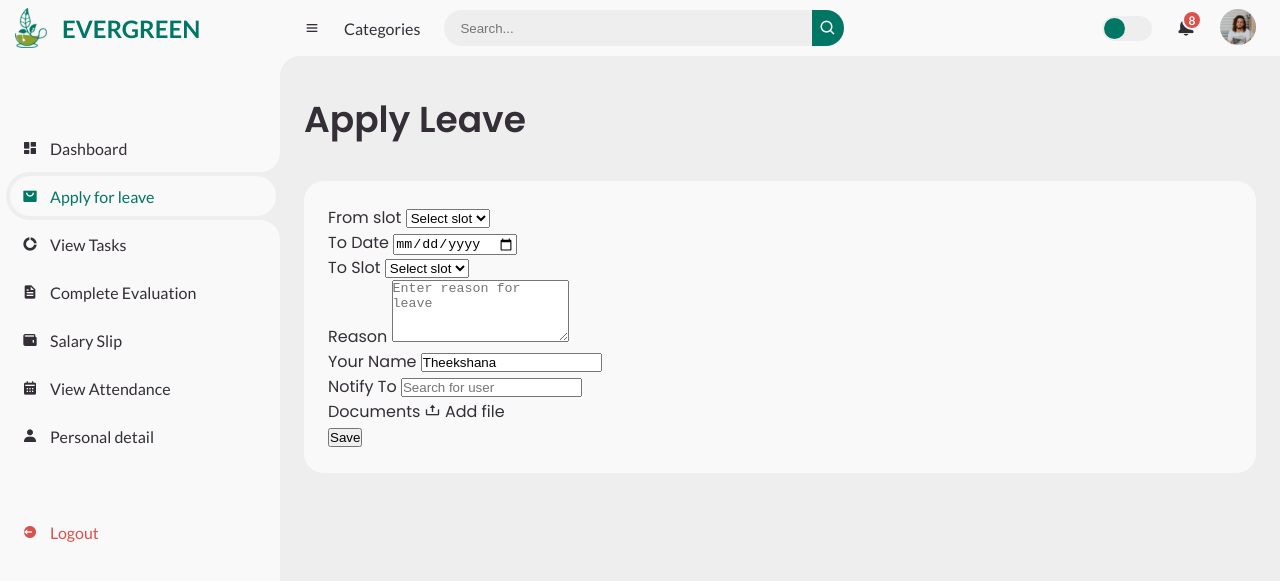
Repository: EverGreen-Group/Employee-Management
Page: http://localhost/project-root/index.php?page=apply-leave
These files come from the project's save history. The page is drawn as it stood at one moment and after the next save; the edit follows.
The browser window is 1280 px wide. The pictures show the whole page.
The page is run by PHP 8.4 with error messages shown; the project is at /var/www/html/.

Above is the page before, as saved 2024-09-15 10:39:23.

### index.php
<?php
// index.php

// Define the base path for includes
define('BASE_PATH', __DIR__ . DIRECTORY_SEPARATOR);

// Include the controller files
require_once BASE_PATH . 'models/Database.php';
require_once BASE_PATH . 'controllers/HomeController.php';
require_once BASE_PATH . 'controllers/LeaveController.php';
require_once BASE_PATH . 'controllers/TaskController.php';
require_once BASE_PATH . 'controllers/EvaluationController.php';
require_once BASE_PATH . 'controllers/SalaryController.php';
require_once BASE_PATH . 'controllers/AttendanceController.php';
require_once BASE_PATH . 'controllers/ProfileController.php';

// Load routes
$routes = require BASE_PATH . 'config/routes.php';

// Simple router
$request = $_SERVER['REQUEST_URI'];
$method = $_SERVER['REQUEST_METHOD'];

// Route the request
$route = $routes[$request] ?? null;

if ($route) {
    $controllerName = $route[0];
    $methodName = $route[1];
    $allowedMethod = $route[2] ?? 'GET';

    if ($method !== $allowedMethod) {
        header("HTTP/1.0 405 Method Not Allowed");
        echo "Method Not Allowed";
        exit;
    }

    $controller = new $controllerName();
    $controller->$methodName();
} else {
    // Fallback to the old routing system
    $page = $_GET['page'] ?? 'dashboard';

    // Route the request to the appropriate controller
    switch ($page) {
        case 'dashboard':
            $controller = new HomeController();
            $controller->index();
            break;
        case 'apply-leave':
            $controller = new LeaveController();
            $controller->apply();
            break;
        case 'view-tasks':
            $controller = new TaskController();
            $controller->view();
            break;
        case 'evaluation':
            $controller = new EvaluationController();
            $controller->complete();
            break;
        case 'salary-slip':
            $controller = new SalaryController();
            $controller->salary();
            break;
        case 'view-attendance':
            $controller = new AttendanceController();
            $controller->viewAttendance();
            break;
        case 'personal-detail':
            $controller = new ProfileController();
            $controller->viewDetails();
            break;
        case 'logout':
            // Handle logout logic here
            session_destroy();
            header('Location: login.php');
            exit;
        default:
            // Handle 404 Not Found
            header("HTTP/1.0 404 Not Found");
            echo "Page not found";
            break;
    }
}

### models/Database.php
<?php
// models/Database.php

class Database {
    private $host = 'localhost';
    private $db_name = 'emp';
    private $username = 'root';
    private $password = '';
    private $conn;

    public function getConnection() {
        $this->conn = null;

        try {
            $this->conn = new PDO("mysql:host=" . $this->host . ";dbname=" . $this->db_name, $this->username, $this->password);
            $this->conn->setAttribute(PDO::ATTR_ERRMODE, PDO::ERRMODE_EXCEPTION);
        } catch(PDOException $e) {
            echo "Connection error: " . $e->getMessage();
        }

        return $this->conn;
    }
}

### controllers/HomeController.php
<?php
// controllers/HomeController.php

class HomeController {
    public function index() {
        // In a real application, you might fetch data from a model here
        $data = [
            'title' => 'Dashboard',
            'page' => 'dashboard'
        ];

        // Load the view
        $this->loadView('dashboard', $data);
    }

    private function loadView($view, $data) {
        // Extract the data array to individual variables
        extract($data);

        // Start output buffering
        ob_start();

        // Include the view file
        include BASE_PATH . "views/pages/{$view}.php";

        // Get the contents of the output buffer
        $content = ob_get_clean();

        // Include the layout file
        include BASE_PATH . 'views/layouts/main.php';
    }
}

### controllers/LeaveController.php
<?php
// controllers/LeaveController.php

class LeaveController {
    public function apply() {
        // In a real application, you might process form data here
        $data = [
            'title' => 'Apply Leave',
            'page' => 'apply-leave'
        ];

        // Load the view
        $this->loadView('apply-leave', $data);
    }

    private function loadView($view, $data) {
        // Extract the data array to individual variables
        extract($data);

        // Start output buffering
        ob_start();

        // Include the view file
        $viewPath = BASE_PATH . "views" . DIRECTORY_SEPARATOR . "pages" . DIRECTORY_SEPARATOR . "{$view}.php";
        if (file_exists($viewPath)) {
            include $viewPath;
        } else {
            // Handle the case where the view file doesn't exist
            echo "Error: View file not found.";
        }

        // Get the contents of the output buffer
        $content = ob_get_clean();

        // Include the layout file
        include BASE_PATH . 'views' . DIRECTORY_SEPARATOR . 'layouts' . DIRECTORY_SEPARATOR . 'main.php';
    }
}

### models/Task.php
<?php
// models/Task.php
require_once BASE_PATH . 'models/Database.php';

class Task {
    private $db;

    public function __construct() {
        $database = new Database();
        $this->db = $database->getConnection();
    }

    public function getTasks($userId) {
        $sql = "SELECT * FROM tasks WHERE user_id = :user_id ORDER BY due_date ASC";
        $stmt = $this->db->prepare($sql);
        $stmt->execute([':user_id' => $userId]);
        return $stmt->fetchAll(PDO::FETCH_ASSOC);
    }

    public function updateStatus($taskId, $newStatus) {
        $sql = "UPDATE tasks SET status = :status WHERE id = :id";
        $stmt = $this->db->prepare($sql);
        return $stmt->execute([':status' => $newStatus, ':id' => $taskId]);
    }
}

### controllers/EvaluationController.php
<?php
// controllers/complete-evaluation.php

class EvaluationController {
    public function apply() {
        // In a real application, you might process form data here
        $data = [
            'title' => 'Complete-Evaluation',
            'page' => 'complete-evaluation'
        ];

        // Load the view
        $this->loadView('complete-evaluation', $data);
    }

    private function loadView($view, $data) {
        // Extract the data array to individual variables
        extract($data);

        // Start output buffering
        ob_start();

        // Include the view file
        $viewPath = BASE_PATH . "views" . DIRECTORY_SEPARATOR . "pages" . DIRECTORY_SEPARATOR . "{$view}.php";
        if (file_exists($viewPath)) {
            include $viewPath;
        } else {
            // Handle the case where the view file doesn't exist
            echo "Error: View file not found.";
        }

        // Get the contents of the output buffer
        $content = ob_get_clean();

        // Include the layout file
        include BASE_PATH . 'views' . DIRECTORY_SEPARATOR . 'layouts' . DIRECTORY_SEPARATOR . 'main.php';
    }
}

### controllers/AttendanceController.php
<?php
// controllers/AttendanceController.php

require_once BASE_PATH . 'models/Attendance.php';

class AttendanceController {
    private $attendanceModel;

    public function __construct() {
        $this->attendanceModel = new Attendance();
    }

    public function viewAttendance() {
        $userId = 1; // This would typically come from a session
        $startDate = $_GET['start_date'] ?? date('Y-m-01');
        $endDate = $_GET['end_date'] ?? date('Y-m-t');

        $attendance = $this->attendanceModel->getAttendance($userId, $startDate, $endDate);

        $data = [
            'title' => 'View Attendance',
            'page' => 'view-attendance',
            'attendance' => $attendance,
            'startDate' => $startDate,
            'endDate' => $endDate
        ];

        $this->loadView('view-attendance', $data);
    }

    public function checkIn($userId, $timeIn) {
        $date = date('Y-m-d');
        $this->attendanceModel->recordAttendance($userId, $date, $timeIn);
    }

    public function checkOut($userId, $timeOut) {
        $date = date('Y-m-d');
        $this->attendanceModel->updateTimeOut($userId, $date, $timeOut);
    }

    private function loadView($view, $data) {
        extract($data);
        ob_start();
        include BASE_PATH . "views/pages/{$view}.php";
        $content = ob_get_clean();
        include BASE_PATH . 'views/layouts/main.php';
    }
}

### models/Model.php
<?php
// models/Model.php

require_once 'Database.php';

class Model {
    protected $conn;

    public function __construct() {
        $database = new Database();
        $this->conn = $database->getConnection();
    }
}

### models/Profile.php
<?php
// models/Profile.php

require_once 'Model.php';

class Profile extends Model {
    private $table = 'User';

    public function getProfile($userId) {
        $query = "SELECT * FROM " . $this->table . " WHERE user_id = :user_id";
        $stmt = $this->conn->prepare($query);
        $stmt->bindParam(":user_id", $userId);
        $stmt->execute();

        return $stmt->fetch(PDO::FETCH_ASSOC);
    }

    public function updateProfile($userId, $data) {
        $query = "UPDATE " . $this->table . " SET
                  full_name = :full_name,
                  email = :email,
                  phone = :phone,
                  address = :address,
                  department = :department,
                  position = :position
                  WHERE user_id = :user_id";

        $stmt = $this->conn->prepare($query);
        $stmt->bindParam(":user_id", $userId);
        $stmt->bindParam(":full_name", $data['full_name']);
        $stmt->bindParam(":email", $data['email']);
        $stmt->bindParam(":phone", $data['phone']);
        $stmt->bindParam(":address", $data['address']);
        $stmt->bindParam(":department", $data['department']);
        $stmt->bindParam(":position", $data['position']);

        return $stmt->execute();
    }
}

### config/routes.php
<?php

return [
    '/' => ['HomeController', 'index'],
    '/view-tasks' => ['TaskController', 'view'],
    '/update-task-status' => ['TaskController', 'updateTaskStatus', 'POST'],
    // Add other routes as needed
];

### views/layouts/main.php
<!DOCTYPE html>
<html lang="en">
<head>
    <meta charset="UTF-8">
    <meta name="viewport" content="width=device-width, initial-scale=1.0">
    <link href='https://unpkg.com/boxicons@2.0.9/css/boxicons.min.css' rel='stylesheet'>
    <link rel="stylesheet" href="../project-root/public/css/style.css">
    <title><?= $title ?? 'EVERGREEN' ?></title>
</head>
<body>
    <?php include BASE_PATH . 'views/components/sidebar.php'; ?>

    <section id="content">
        <?php include BASE_PATH . 'views/components/navbar.php'; ?>

        <main>
            <?= $content ?>
        </main>
    </section>

    <script src="../project-root/public/js/script.js"></script>
</body>
</html>

### views/components/navbar.php
<!-- views/components/navbar.php -->
<nav>
    <i class='bx bx-menu'></i>
    <a href="#" class="nav-link">Categories</a>
    <form action="#">
        <div class="form-input">
            <input type="search" placeholder="Search...">
            <button type="submit" class="search-btn"><i class='bx bx-search'></i></button>
        </div>
    </form>
    <input type="checkbox" id="switch-mode" hidden>
    <label for="switch-mode" class="switch-mode"></label>
    <a href="#" class="notification">
        <i class='bx bxs-bell'></i>
        <span class="num">8</span>
    </a>
    <a href="#" class="profile">
        <img src="/public/img/people.png">
    </a>
</nav>

### public/css/style.css
@import url('https://fonts.googleapis.com/css2?family=Lato:wght@400;700&family=Poppins:wght@400;500;600;700&display=swap');

* {
	margin: 0;
	padding: 0;
	box-sizing: border-box;
}

a {
	text-decoration: none;
}

li {
	list-style: none;
}

:root {
	--poppins: 'Poppins', sans-serif;
	--lato: 'Lato', sans-serif;

	--light: #F9F9F9;
	--main: #007664;
	--light-main: #cbeae5;
	--grey: #eee;
	--dark-grey: #AAAAAA;
	--dark: #342E37;
	--red: #DB504A;
	--yellow: #FFCE26;
	--light-yellow: #F0DEB4;
	--green: #8D9F2D;
	--light-green: #edf5c2;
}

html {
	overflow-x: hidden;
}

body.dark {
	--light: #0C0C1E;
	--grey: #060714;
	--dark: #FBFBFB;
}

body {
	background: var(--grey);
	overflow-x: hidden;
}







/* SIDEBAR */
#sidebar {
	position: fixed;
	top: 0;
	left: 0;
	width: 280px;
	height: 100%;
	background: var(--light);
	z-index: 2000;
	font-family: var(--lato);
	transition: .3s ease;
	overflow-x: hidden;
	scrollbar-width: none;
}
#sidebar::--webkit-scrollbar {
	display: none;
}
#sidebar.hide {
	width: 60px;
}
#sidebar .brand {
	font-size: 24px;
	font-weight: 700;
	height: 56px;
	display: flex;
	align-items: center;
	color: var(--main);
	position: sticky;
	top: 0;
	left: 0;
	background: var(--light);
	z-index: 500;
	padding-bottom: 20px;
	box-sizing: content-box;
}
#sidebar .brand .bx {
	min-width: 60px;
	display: flex;
	justify-content: center;
}

#sidebar .brand img {
    margin-right: 15px; /* Adjust the value as needed */
    height: 40px; /* Optional: Adjust image height */
    width: auto;
	margin-left: 15px;
}

#sidebar .side-menu {
	width: 100%;
	margin-top: 48px;
}
#sidebar .side-menu li {
	height: 48px;
	background: transparent;
	margin-left: 6px;
	border-radius: 48px 0 0 48px;
	padding: 4px;
}
#sidebar .side-menu li.active {
	background: var(--grey);
	position: relative;
}
#sidebar .side-menu li.active::before {
	content: '';
	position: absolute;
	width: 40px;
	height: 40px;
	border-radius: 50%;
	top: -40px;
	right: 0;
	box-shadow: 20px 20px 0 var(--grey);
	z-index: -1;
}
#sidebar .side-menu li.active::after {
	content: '';
	position: absolute;
	width: 40px;
	height: 40px;
	border-radius: 50%;
	bottom: -40px;
	right: 0;
	box-shadow: 20px -20px 0 var(--grey);
	z-index: -1;
}
#sidebar .side-menu li a {
	width: 100%;
	height: 100%;
	background: var(--light);
	display: flex;
	align-items: center;
	border-radius: 48px;
	font-size: 16px;
	color: var(--dark);
	white-space: nowrap;
	overflow-x: hidden;
}
#sidebar .side-menu.top li.active a {
	color: var(--main);
}
#sidebar.hide .side-menu li a {
	width: calc(48px - (4px * 2));
	transition: width .3s ease;
}
#sidebar .side-menu li a.logout {
	color: var(--red);
}
#sidebar .side-menu.top li a:hover {
	color: var(--main);
}
#sidebar .side-menu li a .bx {
	min-width: calc(60px  - ((4px + 6px) * 2));
	display: flex;
	justify-content: center;
}
/* SIDEBAR */





/* CONTENT */
#content {
	position: relative;
	width: calc(100% - 280px);
	left: 280px;
	transition: .3s ease;
}
#sidebar.hide ~ #content {
	width: calc(100% - 60px);
	left: 60px;
}




/* NAVBAR */
#content nav {
	height: 56px;
	background: var(--light);
	padding: 0 24px;
	display: flex;
	align-items: center;
	grid-gap: 24px;
	font-family: var(--lato);
	position: sticky;
	top: 0;
	left: 0;
	z-index: 1000;
}
#content nav::before {
	content: '';
	position: absolute;
	width: 40px;
	height: 40px;
	bottom: -40px;
	left: 0;
	border-radius: 50%;
	box-shadow: -20px -20px 0 var(--light);
}
#content nav a {
	color: var(--dark);
}
#content nav .bx.bx-menu {
	cursor: pointer;
	color: var(--dark);
}
#content nav .nav-link {
	font-size: 16px;
	transition: .3s ease;
}
#content nav .nav-link:hover {
	color: var(--main);
}
#content nav form {
	max-width: 400px;
	width: 100%;
	margin-right: auto;
}
#content nav form .form-input {
	display: flex;
	align-items: center;
	height: 36px;
}
#content nav form .form-input input {
	flex-grow: 1;
	padding: 0 16px;
	height: 100%;
	border: none;
	background: var(--grey);
	border-radius: 36px 0 0 36px;
	outline: none;
	width: 100%;
	color: var(--dark);
}
#content nav form .form-input button {
	width: 36px;
	height: 100%;
	display: flex;
	justify-content: center;
	align-items: center;
	background: var(--main);
	color: var(--light);
	font-size: 18px;
	border: none;
	outline: none;
	border-radius: 0 36px 36px 0;
	cursor: pointer;
}
#content nav .notification {
	font-size: 20px;
	position: relative;
}
#content nav .notification .num {
	position: absolute;
	top: -6px;
	right: -6px;
	width: 20px;
	height: 20px;
	border-radius: 50%;
	border: 2px solid var(--light);
	background: var(--red);
	color: var(--light);
	font-weight: 700;
	font-size: 12px;
	display: flex;
	justify-content: center;
	align-items: center;
}
#content nav .profile img {
	width: 36px;
	height: 36px;
	object-fit: cover;
	border-radius: 50%;
}
#content nav .switch-mode {
	display: block;
	min-width: 50px;
	height: 25px;
	border-radius: 25px;
	background: var(--grey);
	cursor: pointer;
	position: relative;
}
#content nav .switch-mode::before {
	content: '';
	position: absolute;
	top: 2px;
	left: 2px;
	bottom: 2px;
	width: calc(25px - 4px);
	background: var(--main);
	border-radius: 50%;
	transition: all .3s ease;
}
#content nav #switch-mode:checked + .switch-mode::before {
	left: calc(100% - (25px - 4px) - 2px);
}
/* NAVBAR */





/* MAIN */
#content main {
	width: 100%;
	padding: 36px 24px;
	font-family: var(--poppins);
	max-height: calc(100vh - 56px);
	overflow-y: auto;
}
#content main .head-title {
	display: flex;
	align-items: center;
	justify-content: space-between;
	grid-gap: 16px;
	flex-wrap: wrap;
}
#content main .head-title .left h1 {
	font-size: 36px;
	font-weight: 600;
	margin-bottom: 10px;
	color: var(--dark);
}
#content main .head-title .left .breadcrumb {
	display: flex;
	align-items: center;
	grid-gap: 16px;
}
#content main .head-title .left .breadcrumb li {
	color: var(--dark);
}
#content main .head-title .left .breadcrumb li a {
	color: var(--dark-grey);
	pointer-events: none;
}
#content main .head-title .left .breadcrumb li a.active {
	color: var(--main);
	pointer-events: unset;
}
#content main .head-title .btn-download {
	height: 36px;
	padding: 0 16px;
	border-radius: 36px;
	background: var(--main);
	color: var(--light);
	display: flex;
	justify-content: center;
	align-items: center;
	grid-gap: 10px;
	font-weight: 500;
}




#content main .box-info {
	display: grid;
	grid-template-columns: repeat(auto-fit, minmax(240px, 1fr));
	grid-gap: 24px;
	margin-top: 36px;
}
#content main .box-info li {
	padding: 24px;
	background: var(--light);
	border-radius: 20px;
	display: flex;
	align-items: center;
	grid-gap: 24px;
}
#content main .box-info li .bx {
	width: 80px;
	height: 80px;
	border-radius: 10px;
	font-size: 36px;
	display: flex;
	justify-content: center;
	align-items: center;
}
#content main .box-info li:nth-child(1) .bx {
	background: var(--light-main);
	color: var(--main);
}
#content main .box-info li:nth-child(2) .bx {
	background: var(--light-yellow);
	color: var(--yellow);
}
#content main .box-info li:nth-child(3) .bx {
	background: var(--light-green);
	color: var(--green);
}
#content main .box-info li .text h3 {
	font-size: 24px;
	font-weight: 600;
	color: var(--dark);
}
#content main .box-info li .text p {
	color: var(--dark);
}





#content main .table-data {
	display: flex;
	flex-wrap: wrap;
	grid-gap: 24px;
	margin-top: 24px;
	width: 100%;
	color: var(--dark);
}
#content main .table-data > div {
	border-radius: 20px;
	background: var(--light);
	padding: 24px;
	overflow-x: auto;
}
#content main .table-data .head {
	display: flex;
	align-items: center;
	grid-gap: 16px;
	margin-bottom: 24px;
}
#content main .table-data .head h3 {
	margin-right: auto;
	font-size: 24px;
	font-weight: 600;
}
#content main .table-data .head .bx {
	cursor: pointer;
}

#content main .table-data .order {
	flex-grow: 1;
	flex-basis: 500px;
}
#content main .table-data .order table {
	width: 100%;
	border-collapse: collapse;
}
#content main .table-data .order table th {
	padding-bottom: 12px;
	font-size: 13px;
	text-align: left;
	border-bottom: 1px solid var(--grey);
}
#content main .table-data .order table td {
	padding: 16px 0;
}
#content main .table-data .order table tr td:first-child {
	display: flex;
	align-items: center;
	grid-gap: 12px;
	padding-left: 6px;
}
#content main .table-data .order table td img {
	width: 36px;
	height: 36px;
	border-radius: 50%;
	object-fit: cover;
}
#content main .table-data .order table tbody tr:hover {
	background: var(--grey);
}
#content main .table-data .order table tr td .status {
	font-size: 10px;
	padding: 6px 16px;
	color: var(--light);
	border-radius: 20px;
	font-weight: 700;
}
#content main .table-data .order table tr td .status.completed {
	background: var(--main);
}
#content main .table-data .order table tr td .status.process {
	background: var(--yellow);
}
#content main .table-data .order table tr td .status.pending {
	background: var(--green);
}


#content main .table-data .todo {
	flex-grow: 1;
	flex-basis: 300px;
}
#content main .table-data .todo .todo-list {
	width: 100%;
}
#content main .table-data .todo .todo-list li {
	width: 100%;
	margin-bottom: 16px;
	background: var(--grey);
	border-radius: 10px;
	padding: 14px 20px;
	display: flex;
	justify-content: space-between;
	align-items: center;
}
#content main .table-data .todo .todo-list li .bx {
	cursor: pointer;
}
#content main .table-data .todo .todo-list li.completed {
	border-left: 10px solid var(--main);
}
#content main .table-data .todo .todo-list li.not-completed {
	border-left: 10px solid var(--green);
}
#content main .table-data .todo .todo-list li:last-child {
	margin-bottom: 0;
}

#content small {
    font-size: 0.8em;
    color: var(--dark-grey);
}

#content small:contains("50 Present") {
    font-weight: bold;
    color: var(--main);
}
/* MAIN */
/* CONTENT */

/*Dashboard*/




@media screen and (max-width: 768px) {
	#sidebar {
		width: 200px;
	}

	#content {
		width: calc(100% - 60px);
		left: 200px;
	}

	#content nav .nav-link {
		display: none;
	}
}






@media screen and (max-width: 576px) {
	#content nav form .form-input input {
		display: none;
	}

	#content nav form .form-input button {
		width: auto;
		height: auto;
		background: transparent;
		border-radius: none;
		color: var(--dark);
	}

	#content nav form.show .form-input input {
		display: block;
		width: 100%;
	}
	#content nav form.show .form-input button {
		width: 36px;
		height: 100%;
		border-radius: 0 36px 36px 0;
		color: var(--light);
		background: var(--red);
	}

	#content nav form.show ~ .notification,
	#content nav form.show ~ .profile {
		display: none;
	}

	#content main .box-info {
		grid-template-columns: 1fr;
	}

	#content main .table-data .head {
		min-width: 420px;
	}
	#content main .table-data .order table {
		min-width: 420px;
	}
	#content main .table-data .todo .todo-list {
		min-width: 420px;
	}
}

Loaded but not shown: public/img/logo.svg (9 lines, source omitted); public/js/script.js (125 lines, source omitted); views/components/sidebar.php (58 lines, source omitted); views/pages/apply-leave.php (57 lines, source omitted); controllers/TaskController.php (62 lines, source omitted); controllers/SalaryController.php (57 lines, source omitted); models/Attendance.php (48 lines, source omitted); controllers/ProfileController.php (52 lines, source omitted)

After the next save:
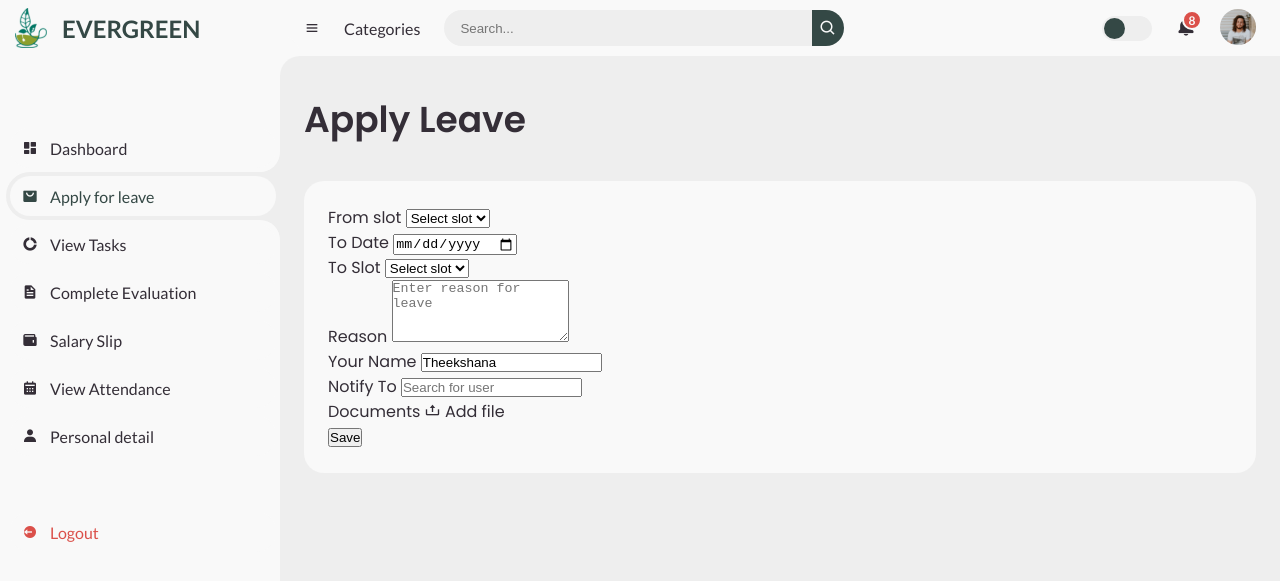
Saved 45 s later.
--- a/public/css/style.css
+++ b/public/css/style.css
@@ -19,7 +19,7 @@
 	--lato: 'Lato', sans-serif;
 
 	--light: #F9F9F9;
-	--main: #007664;
+	--main: #344845;
 	--light-main: #cbeae5;
 	--grey: #eee;
 	--dark-grey: #AAAAAA;

After the save that followed:
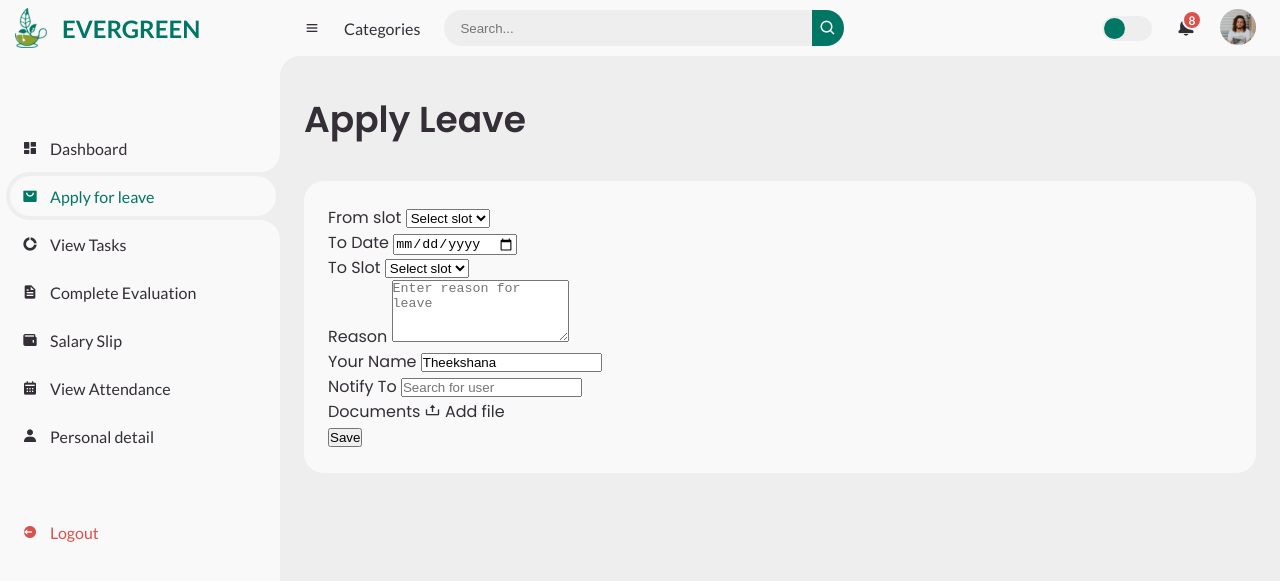
Saved 27 s later.
--- a/public/css/style.css
+++ b/public/css/style.css
@@ -19,7 +19,7 @@
 	--lato: 'Lato', sans-serif;
 
 	--light: #F9F9F9;
-	--main: #344845;
+	--main: #007664;
 	--light-main: #cbeae5;
 	--grey: #eee;
 	--dark-grey: #AAAAAA;
